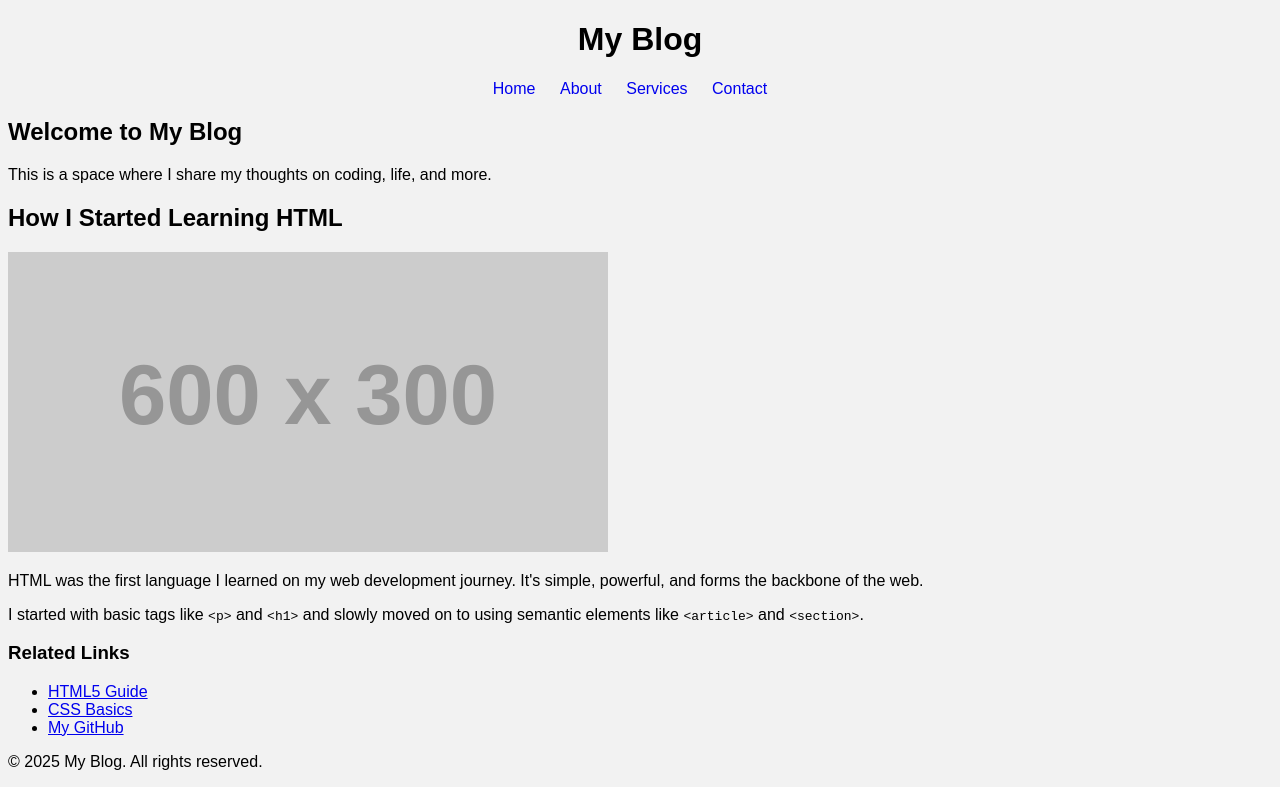
Repository: SainediAmbika/RecallingAll
Page: Angular Recalling/Blog Page/index.html
The author's editor kept a copy of each file at every save. The page is drawn from the files as they stood at one save, then again after the next save.
The browser window is 1280 px wide. The pictures show the whole page.

Above is the page before, as saved 2025-05-19 12:01:08.

### Angular Recalling/Blog Page/index.html
<!DOCTYPE html>
<html lang="en">

<head>
    <meta charset="UTF-8">
    <meta name="viewport" content="width=device-width, initial-scale=1.0">
    <link rel="stylesheet" href="app.css">
    <title>Blog Page</title>

</head>
<body>
    <header class="header">
        <h1>My Blog</h1>
        <nav>
            <ul>
                <li><a href="#">Home</a></li>
                <li><a href="#">About</a></li>
                <li><a href="#">Services</a></li>
                <li><a href="#">Contact</a></li>

            </ul>
        </nav>
    </header>
    <main>

        <section>
            <h2>Welcome to My Blog</h2>
            <p>This is a space where I share my thoughts on coding, life, and more.</p>
        </section>
    </main>
    <article>
        <h2>How I Started Learning HTML</h2>
        <img src="https://via.placeholder.com/600x300" alt="A person learning HTML on a laptop">
        <p>HTML was the first language I learned on my web development journey. It's simple, powerful, and forms the
            backbone of the web.</p>
        <p>I started with basic tags like <code>&lt;p&gt;</code> and <code>&lt;h1&gt;</code> and slowly moved on to
            using semantic elements like <code>&lt;article&gt;</code> and <code>&lt;section&gt;</code>.</p>
    </article>

    <aside>
        <h3>Related Links</h3><ul>
            <li><a href="https://www.w3schools.com/html/">HTML5 Guide</a></li>
            <li><a href="https://www.w3schools.com/css/">CSS Basics</a></li>
            <li><a href="https://github.com/">My GitHub</a></li>

        </ul>
    </aside>




    <footer>
        <p>&copy; 2025 My Blog. All rights reserved.</p>
    </footer>
    </article>

</body>

</html>

### Angular Recalling/Blog Page/app.css
.header{
    text-align: center;

}

nav ul{
    list-style-type: none;
     padding: 0;
}

nav ul li {
   display: inline;
   margin-right: 20px;
}

nav ul li a{
    text-decoration: none;

}

body {
    font-family: Arial, sans-serif;
    background-color: #f2f2f2;

 }

After the next save:
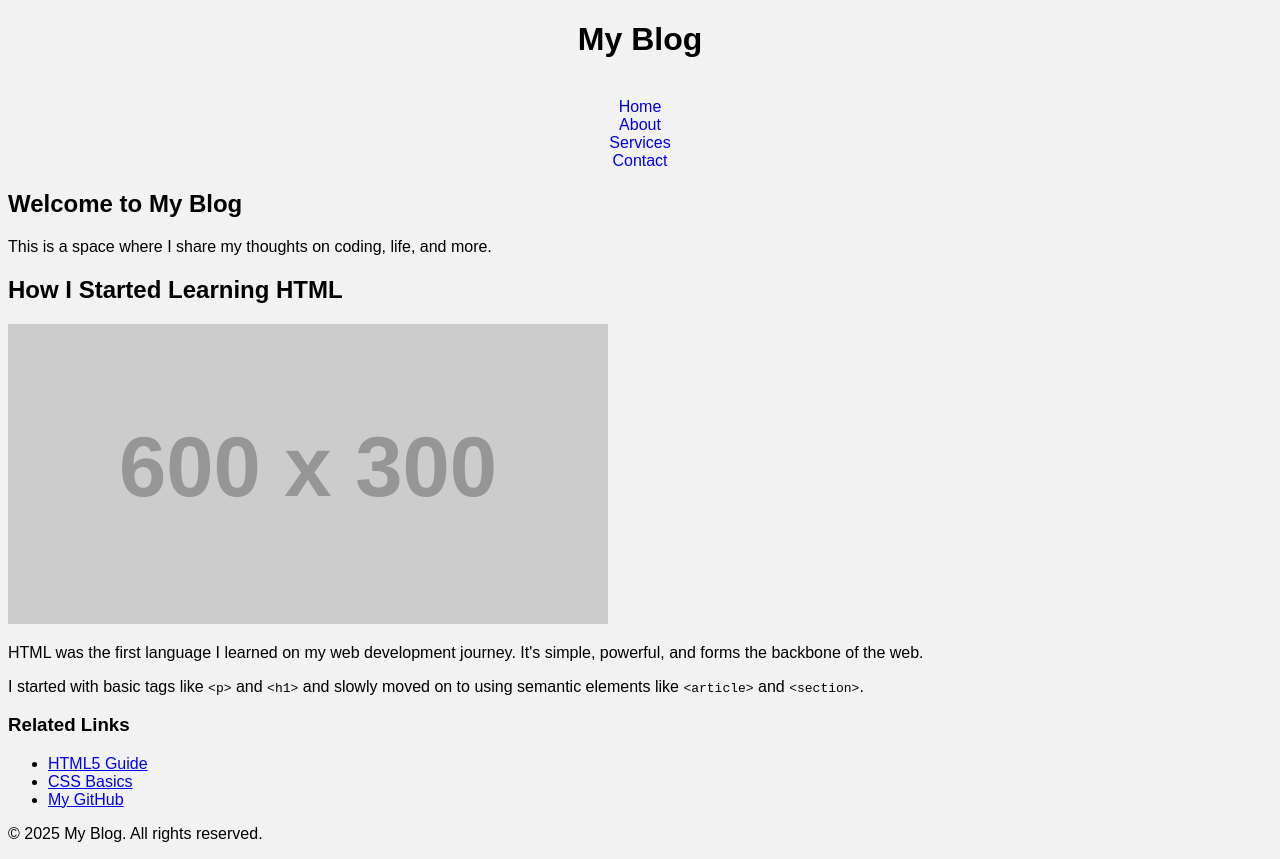
Saved 11 s later.
--- a/Angular Recalling/Blog Page/app.css
+++ b/Angular Recalling/Blog Page/app.css
@@ -5,12 +5,8 @@
 
 nav ul{
     list-style-type: none;
-     padding: 0;
-}
+display: inline;
 
-nav ul li {
-   display: inline;
-   margin-right: 20px;
 }
 
 nav ul li a{
